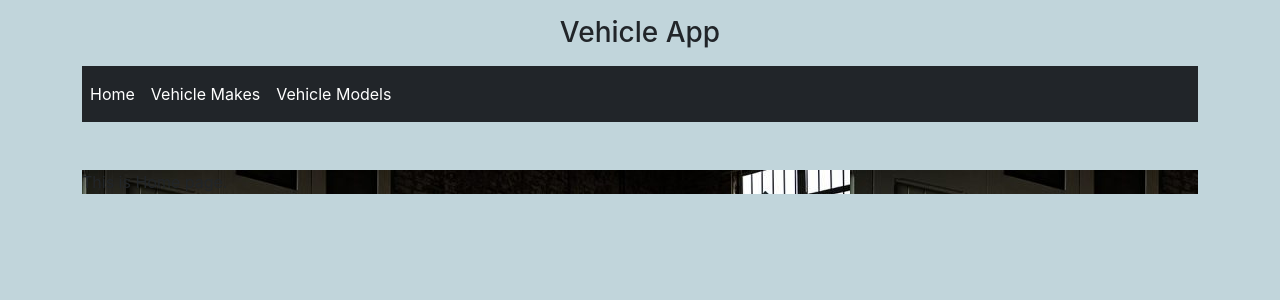
Repository: magdalenarajic/VehicleFrontend
Page: /
These files come from the project's save history. The page is drawn as it stood at one moment and after the next save; the edit follows.
The browser window is 1280 px wide. The pictures show the whole page.
The project was rebuilt for these pictures with package versions that can differ from the ones it lists, and the page was loaded fresh each time. Also part of the build but not shown: src/App.css, src/services/makeService.js, src/stores/makeStore.js, src/components/VehicleMake.js, src/services/modelService.js, src/stores/modelStore.js, src/components/VehicleModel.js.

Above is the page before, as saved 2023-03-10 11:28:48.

After the next save:
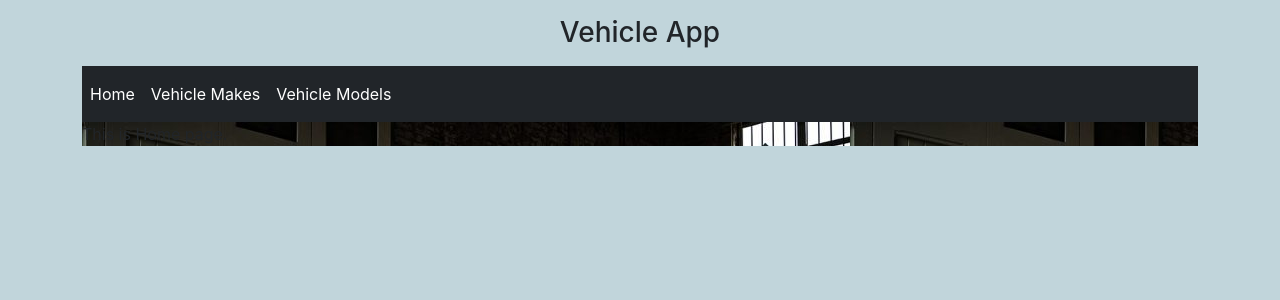
Saved 35 s later.
--- a/src/components/Home.js
+++ b/src/components/Home.js
@@ -5,7 +5,7 @@ export class Home extends Component{
 
     render(){
           return(
-            <div className="mt-5 d-flex justify-content-left" style={{ backgroundImage:`url(${image})` }}>
+            <div style={{ backgroundImage:`url(${image})` }}>
                 This is Home page.
             </div>
           )
